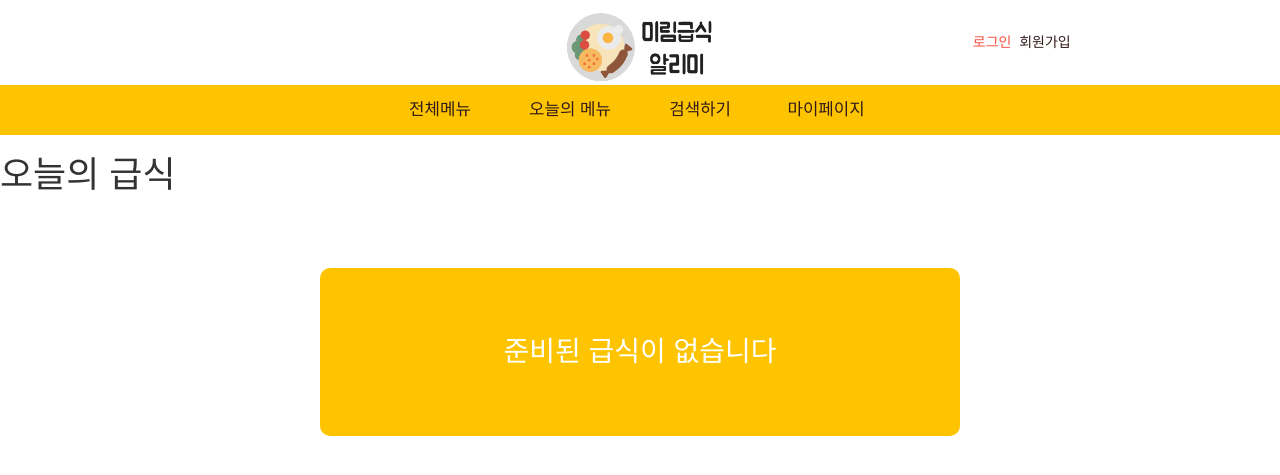
Repository: juujuu201/MirimMenuProj
Page: http://localhost/jspMenuProj/todayMenu.jsp
The author's editor kept a copy of each file at every save. The page is drawn from the files as they stood at one save, then again after the next save.
The browser window is 1280 px wide. The pictures show the whole page.
Some web fonts or font styles are not loaded; a fallback is used. The page is served by Tomcat 9. Queries for data that is not in the repository find no rows.

Above is the page before, as saved 2019-09-21 12:49:54.

### jspMenuProj/WebContent/todayMenu.jsp
<%@ page language="java" contentType="text/html; charset=utf-8"
    pageEncoding="utf-8" import="java.sql.*"%>
<%@ page import="menu.db.connection.DBConnection" %>
<!DOCTYPE html PUBLIC "-//W3C//DTD HTML 4.01 Transitional//EN" "http://www.w3.org/TR/html4/loose.dtd">
<html>
<head>
<meta http-equiv="Content-Type" content="text/html; charset=utf-8">
<meta name="viewport" content="width=device-width, initial-scale=1">
  <link rel="stylesheet" href="https://maxcdn.bootstrapcdn.com/bootstrap/3.4.0/css/bootstrap.min.css">
  <script src="https://ajax.googleapis.com/ajax/libs/jquery/3.4.1/jquery.min.js"></script>
  <script src="https://maxcdn.bootstrapcdn.com/bootstrap/3.4.0/js/bootstrap.min.js"></script>
<title>미급알</title>
<!--
<link rel="shortcut icon" href="img/logo.png">
<link rel="apple-touch-icon" href="img/logo_apple.png">
-->
<link rel="stylesheet" href="css/index.css">
<link href="https://fonts.googleapis.com/css?family=Jua&display=swap" rel="stylesheet">

<style>
.thumbnail{
	width:200px;
	height:300px;
}
.link{
	color:#311b1b;
}
.link:hover{
	color:#ed6853;
}
b:hover{
	color:#ed6853;
}
a:hover{
	text-decoration:none;
}
</style>
</head>
<body>
<jsp:include page="top.jsp" flush="false"/><p>
<p></p>
<table id="whole">

    <p></p>
    <h1>오늘의 급식</h1>
    <p></p>
	<tr>
		<td>
			<div id="box" align="center">
				<%
					//db연결
					Connection conn=null;
					PreparedStatement pstmt=null;
					ResultSet rs=null;

					String sql="select menu_date, mtype, REPLACE(menu,' ','\r') as menu from schoolmealtbl where menu_date='2019-09-20'";
					int count=1;

					try{
						conn=DBConnection.getCon();
						pstmt=conn.prepareStatement(sql);
						rs=pstmt.executeQuery();
						%>

							<%
								while(rs.next()){
									if(count%3==1){%>
									<table width="80%" align="center" id="books" border=1 cellspacing=0 cellpadding=0>
									<tr class="menu">
										<td colspan=5 align="center" style="padding:2%;"><%=rs.getString("menu_date") %><br></td>
									</tr>
									<tr>
										<td width="30%" align="center" style="padding:2%;">
											<a onclick="login()" class="link">
												<b style="color:#f54e42;font-size:1.5em;"><%=rs.getString("mtype") %></b><br>
												<%=rs.getString("menu") %><br>
											</a>
										</td>

								<%	}//if
									else if(count%3==2){%>
										<td width="30%" align="center" style="padding:2%;">
											<a onclick="login()" class="link">
												<b style="color:#f54e42;font-size:1.5em;"><%=rs.getString("mtype") %></b><br>
												<%=rs.getString("menu") %><br>
											</a>
										</td>

									<%}
									else{%>
											<td width="30%" align="center" style="padding:2%;">
												<a onclick="login()" class="link">
													<b style="color:#f54e42;font-size:1.5em;"><%=rs.getString("mtype") %></b><br>
													<%=rs.getString("menu") %><br>
												</a>
											</td>
											<p></p>
										</tr>

										</table>
									<%}
									count++;
								}//while
								if(count==1){%>
									<div style="background-color:#ffc400;color:white;width:50%;font-size:2em;padding:5%;margin-top:5%;border-radius:10px;" align="center">
										준비된 급식이 없습니다
									</div>
								<%}
					}
					catch(SQLException e){
						System.out.println(e.getMessage());
					}
					finally{
						try{
							if(pstmt!=null) pstmt.close();
							if(conn!=null) conn.close();
						}
						catch(SQLException e){
							System.out.println(e.getMessage());
						}
					}
				%>
			</div>
		</td>
	</tr>
</table>
</body>
</html>

### jspMenuProj/WebContent/top.jsp
<%@ page language="java" contentType="text/html; charset=UTF-8"
    pageEncoding="UTF-8"%>
<!DOCTYPE html>
<html>
<head>
<meta charset="utf-8">
<title>도란도란</title>
<!--
<link rel="shortcut icon" href="img/logo.png">
<link rel="apple-touch-icon" href="img/logo_apple.png">
-->
<link rel="stylesheet" href="css/index.css">
<link href="https://fonts.googleapis.com/css?family=Jua&display=swap" rel="stylesheet">
<script>
	function check(){
		alert("로그인 후 이용하실 수 있습니다");
		return ;
	}
</script>
</head>
<body>
    <table id="whole">
    <p></p>
        <tr>
            <td width="44%"></td>
            <td width="12%"><a href="index.jsp"><img src="img/logo.png" width="100%"></a></td>
            <td width="44%" style="padding-left:20%;">
            <div id="login"></div>
                		<a href="login.jsp" class="top_menu" style="color:#f54e42;" target="_top">로그인</a>&nbsp;
                		<a href="signup.jsp" class="top_menu" target="_top">회원가입</a><p>

            </td>
        </tr>
        <tr class="menu">

            <td colspan=3>
                <table width="100%" height="50px">
                    <tr>
                       <td width="30%"></td>
                        <td class="menu_in"><a href="index.jsp">전체메뉴</a></td>
                        <td class="menu_in"><a href="todayMenu.jsp">오늘의 메뉴</a></td>
                        <td class="menu_in"><a href="oldBook.jsp">검색하기</a></td>
                        <td class="menu_in"><a onclick="check()">마이페이지</a></td>
                        <td width="30%"></td>
                    </tr>
                </table></td>
        </tr>
    </table>
</body>
</html>

### jspMenuProj/src/menu/db/connection/DBConnection.java
package menu.db.connection;

import java.sql.Connection;
import java.sql.DriverManager;
import java.sql.SQLException;

public class DBConnection {
	public static Connection getCon() throws SQLException{
		Connection conn=null;
		try {
			Class.forName("com.mysql.jdbc.Driver");
			String url="jdbc:mysql://localhost:3306/jspMenu";
			String user="root";
			String pass="1234";

			conn=DriverManager.getConnection(url, user, pass);
			return conn;
		}
		catch(ClassNotFoundException e) {
			e.printStackTrace();
			return null;
		}
	}
}

### jspMenuProj/WebContent/css/index.css
body{
    margin:0;
}

*{
    font-family: 'Jua', sans-serif;
}

#whole{
    width:100%;
    height:100%;
}

a{
    text-decoration: none;
}

.top_menu{
    color:#311b1b;
}

.top_menu:hover{
    color:#ed6853;
}

#logout{
	background-color:transparent;
	border:none;
	outline:none;
}

.menu{
    background-color:#ffc400;
    text-align:center;
    font-size:120%;
}

.menu_in a{
    color:#311b1b;
    width:10%;
}

.menu_in a:hover{
    color:#ed6853;
}

#books{
	margin-left:10%;
	margin-right:10%;
}

After the next save:
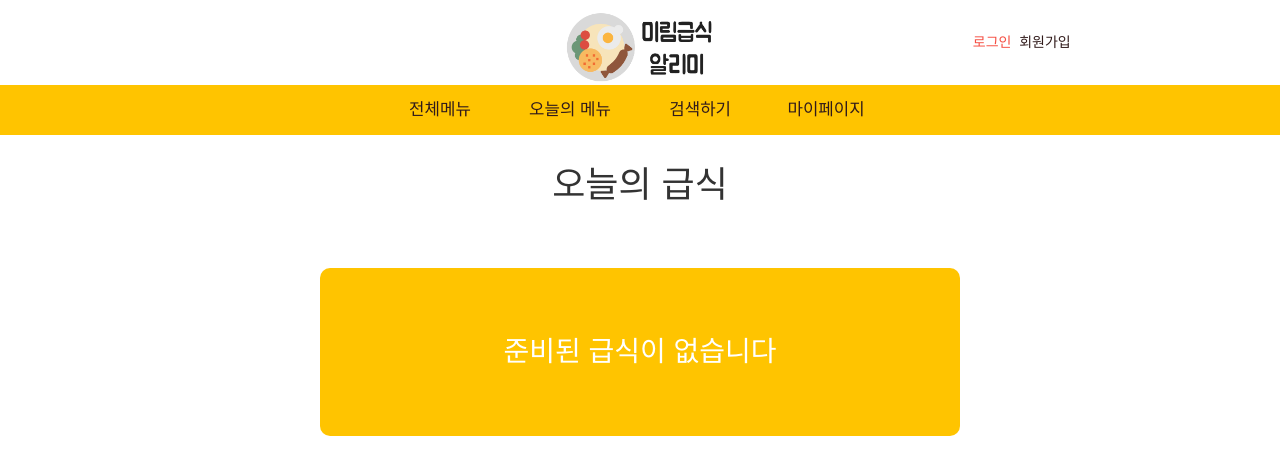
Saved 36 s later.
--- a/jspMenuProj/WebContent/todayMenu.jsp
+++ b/jspMenuProj/WebContent/todayMenu.jsp
@@ -41,12 +41,12 @@
 <p></p>
 <table id="whole">
 
-    <p></p>
-    <h1>오늘의 급식</h1>
-    <p></p>
 	<tr>
 		<td>
 			<div id="box" align="center">
+				<p></p>
+	    		<h1>오늘의 급식</h1>
+	    		<p></p>
 				<%
 					//db연결
 					Connection conn=null;
